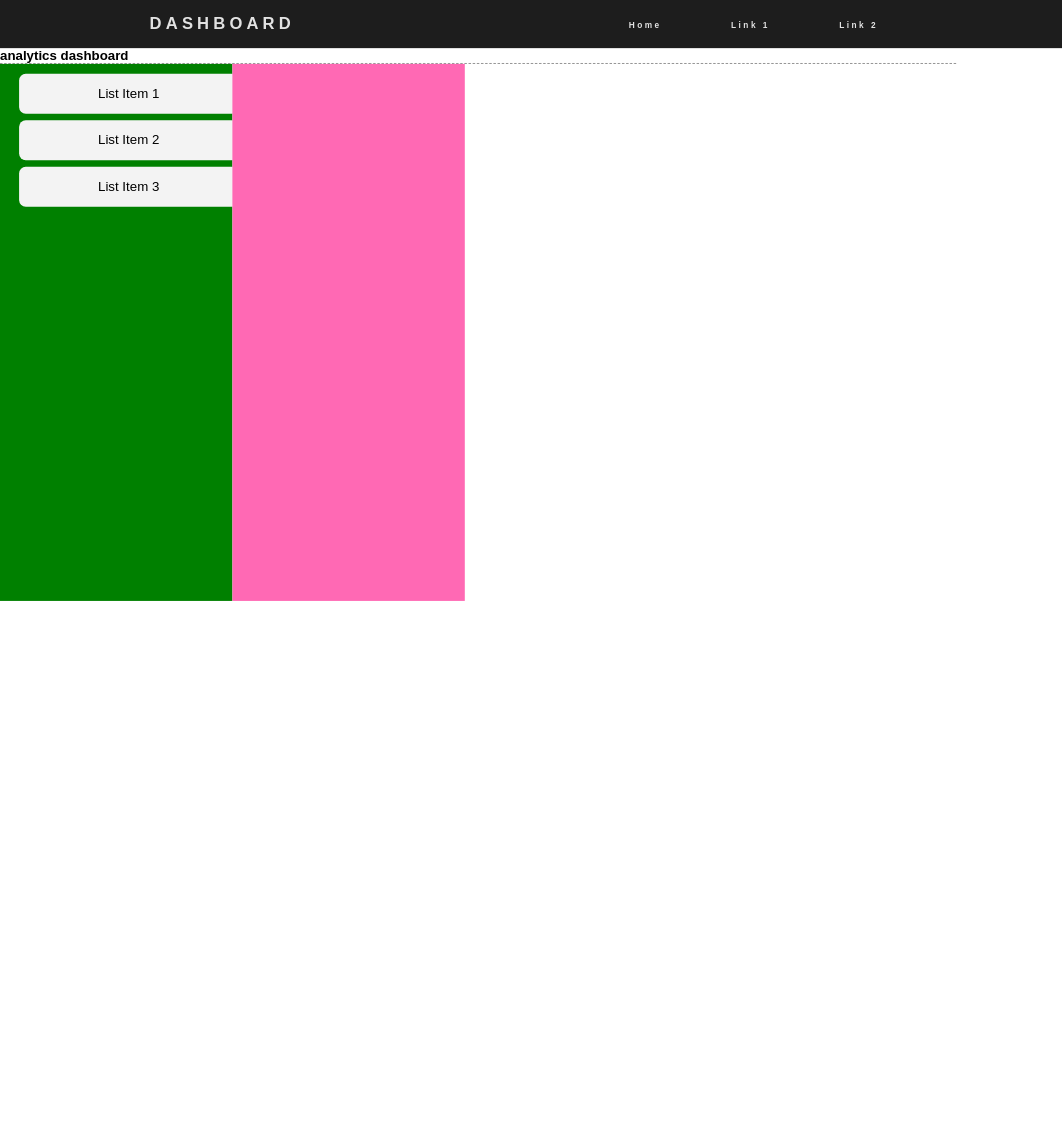
Repository: nourabdelhakam/drag-drop
Page: index.html
The author's editor kept a copy of each file at every save. The page is drawn from the files as they stood at one save, then again after the next save.
The browser window is 1280 px wide. The pictures show the whole page, at 83% of full size.

Above is the page before, as saved 2020-07-03 08:44:40.

After the next save:
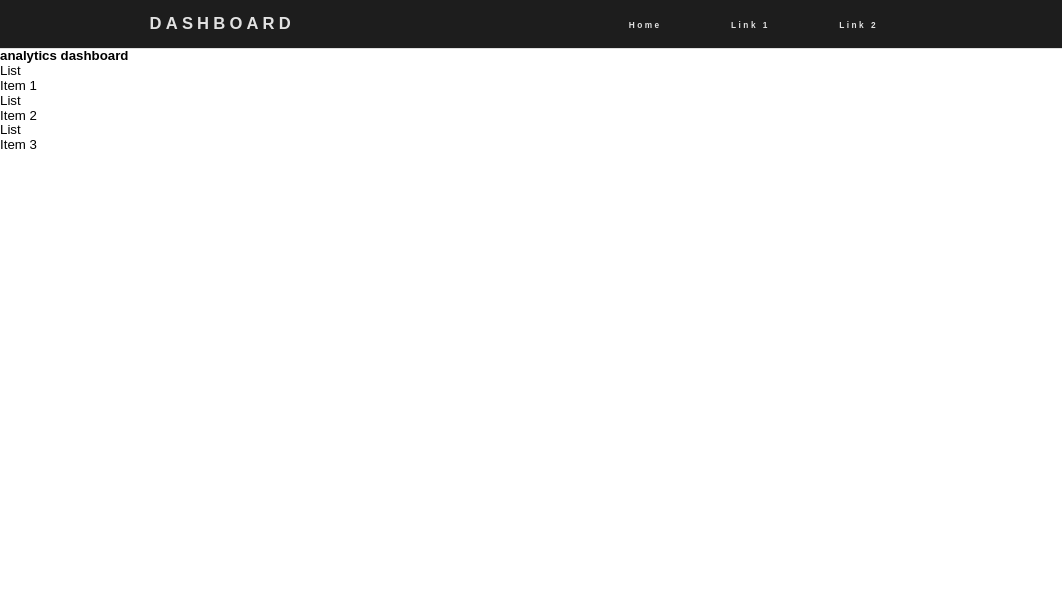
Saved 16 min 20 s later.
--- a/css/main.css
+++ b/css/main.css
@@ -6,7 +6,7 @@
 body {
     font-family: Arial, Helvetica, sans-serif;
 }
-.container {
+/* .container {
     display: flex;
     flex-flow: column;
     width: 90vw;
@@ -17,7 +17,7 @@ body {
     display: flex;
     flex: 1;
     width: 100%;
-    /* overflow: scroll; */
+    overflow: scroll;
 }
 .lists .list {
     display: flex;
@@ -30,7 +30,7 @@ body {
     height: 100%;
     min-height: 150px;
 
-    /* background-color: rgba(0, 0, 0, 0.1); */
+    background-color: rgba(0, 0, 0, 0.1);
     margin: 0 15px;
     padding: 8px;
     transition: all 0.2s linear;
@@ -47,4 +47,10 @@ body {
     padding: 15px 20px;
     text-align: center;
     margin: 4px 0;
-}
+} */
+.container {
+    display: grid;
+    grid-template-columns: 60px 60px 60px 60px 60px;
+    grid-template-rows: 30px 30px;
+    grid-auto-flow: row;
+  }
